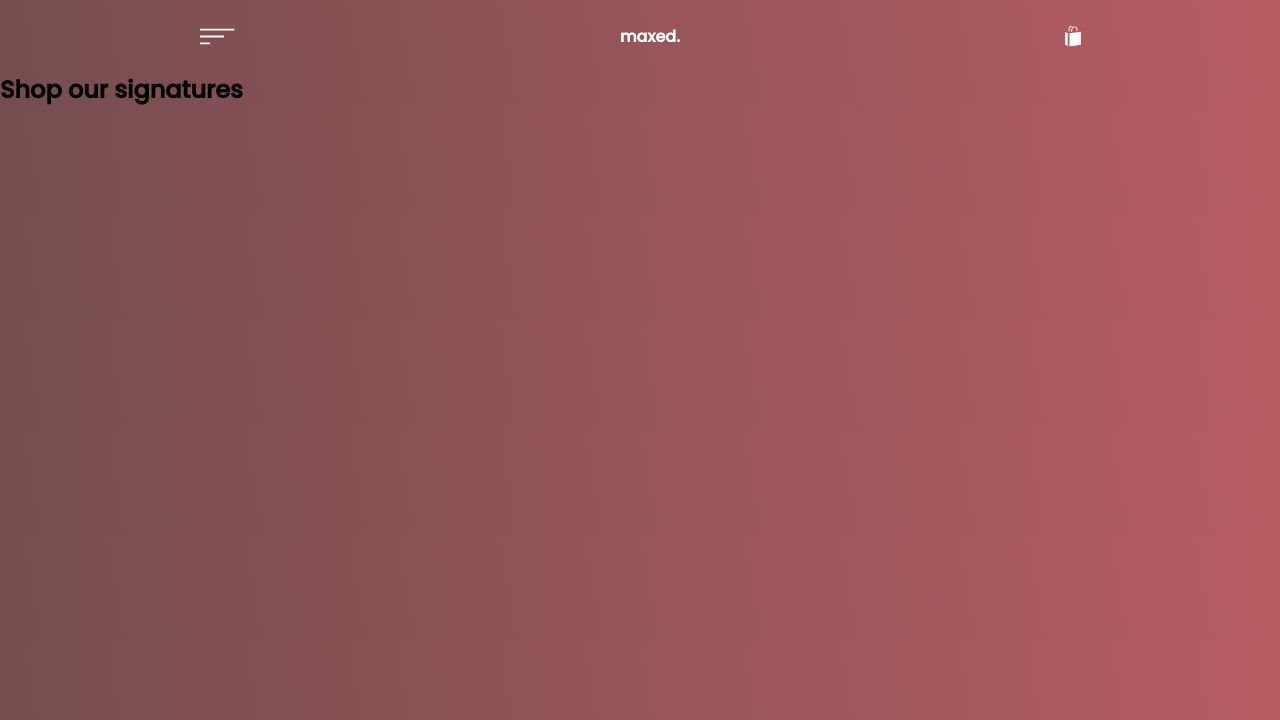
Repository: duck2913/shoppify
Page: product.html
These files come from the project's save history. The page is drawn as it stood at one moment and after the next save; the edit follows.
The browser window is 1280 px wide. The pictures show the whole page.
Some web libraries are served in a nearby version.

Above is the page before, as saved 2022-02-06 08:55:07.
Console error: ReferenceError: barba is not defined

After the next save:
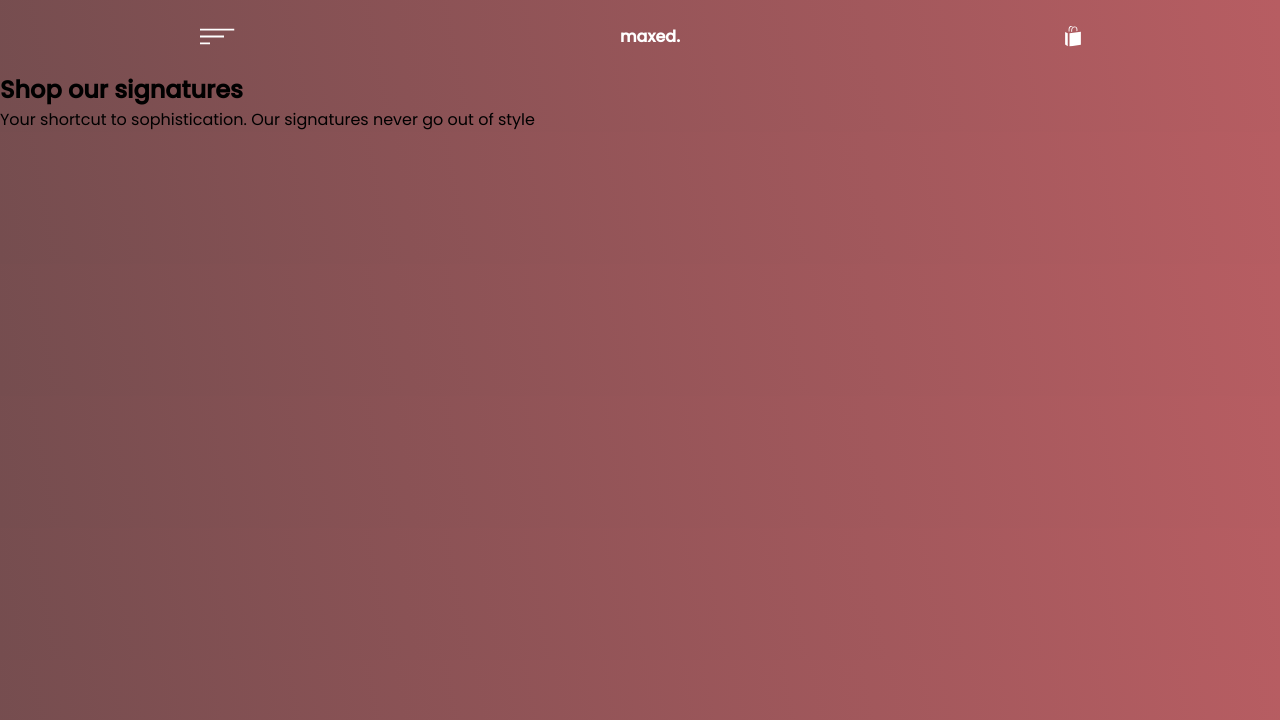
Saved 22 s later.
--- a/product.html
+++ b/product.html
@@ -29,7 +29,7 @@
         <div class="product" data-barba="container" data-barba-namespace="product">
             <div class="product__description">
                 <h2>Shop our signatures</h2>
-                <p></p>
+                <p>Your shortcut to sophistication. Our signatures never go out of style</p>
             </div>
         </div>
         <!--  -->
